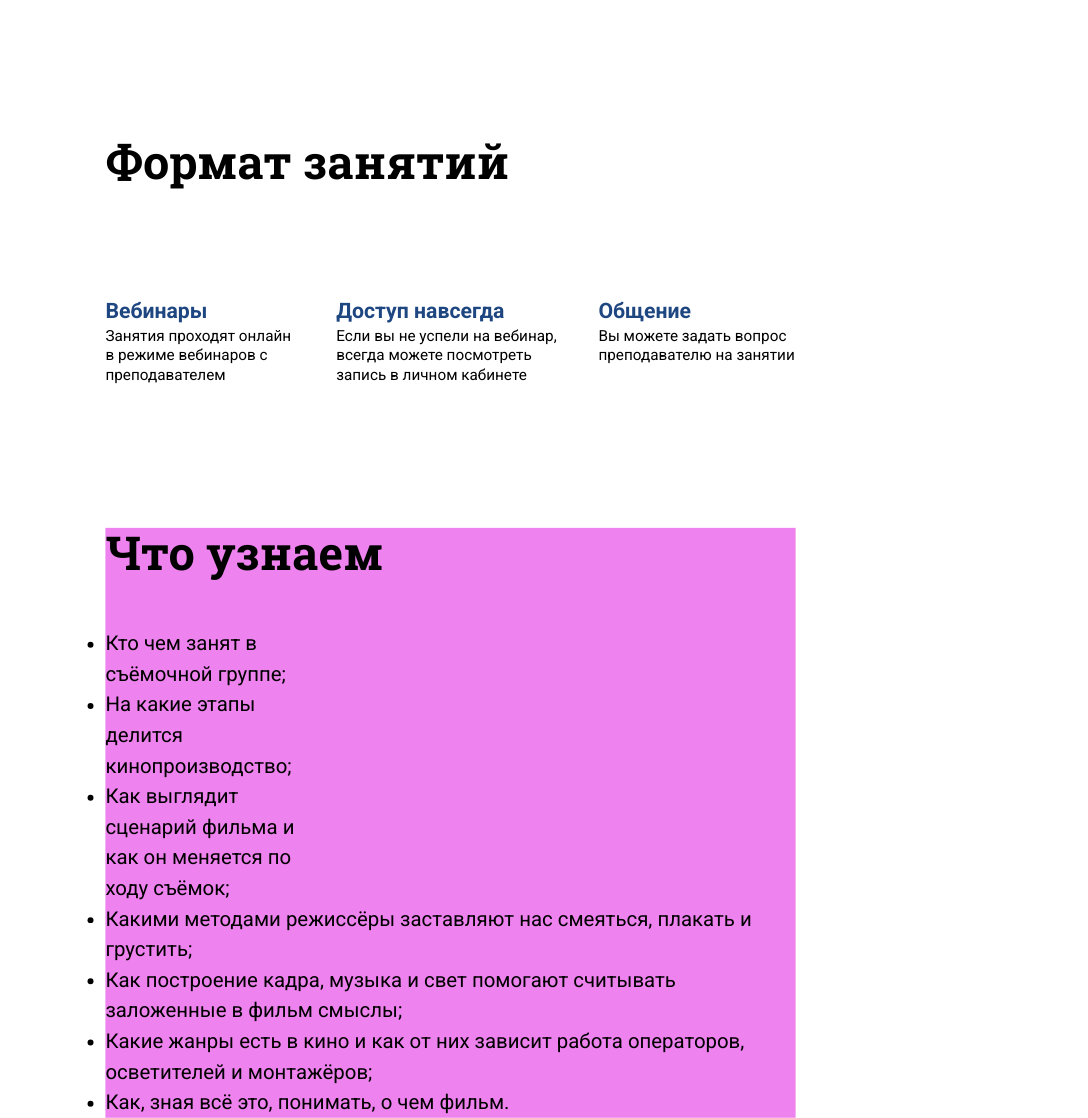
Repository: PoladEziz/Task2
Page: index.html
An editor plug-in stored every save of this project. The page is shown before and after a run of saves, followed by the edit.
The browser window is 1280 px wide. The pictures show the whole page, at 85% of full size.

Above is the page before, as saved 2023-05-04 17:43:17.

After the next 2 saves:
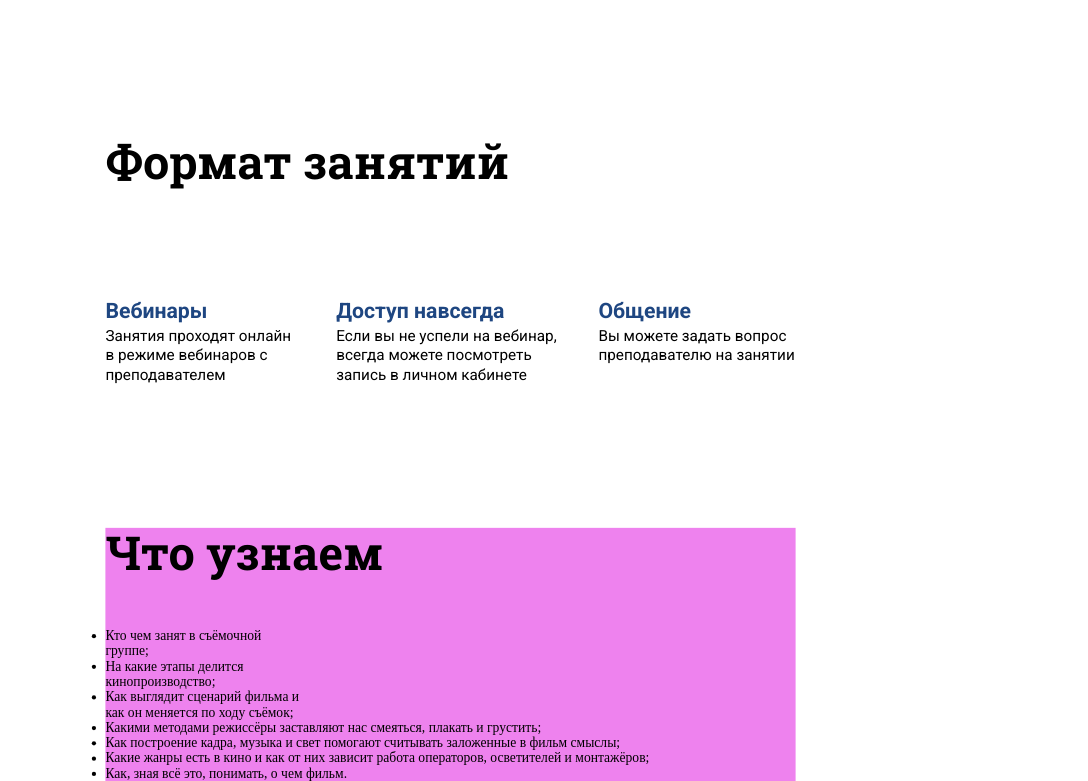
The 2 saves are shown as one change because they came seconds apart.
The last was saved 26 s later.
--- a/index.css
+++ b/index.css
@@ -83,6 +83,7 @@
   line-height: 56px;
   text-align: left;
 }
+.page
 
 .page-2 ul li {
   font-family: Roboto;

After the save that followed:
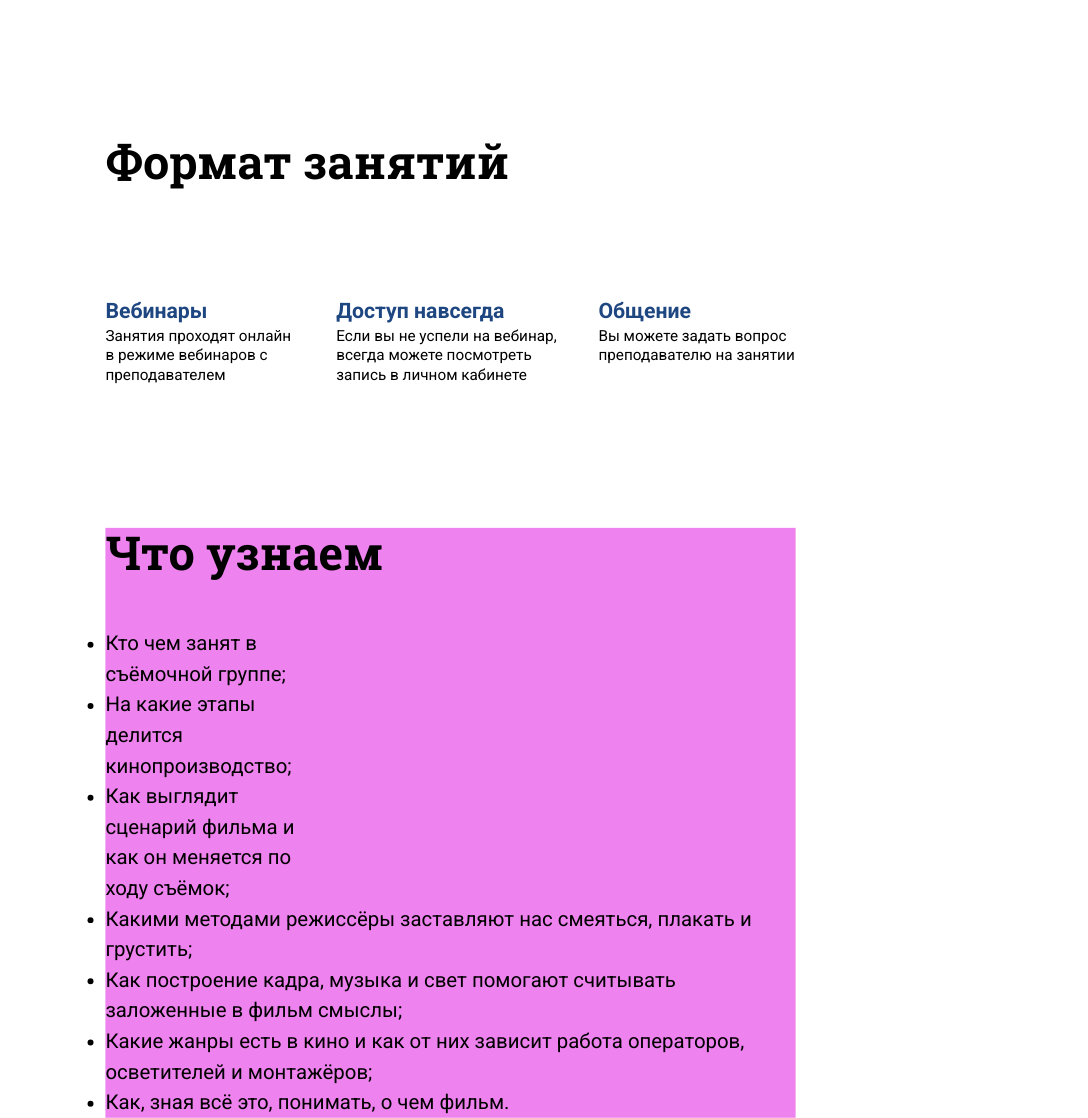
Saved 5 s later.
--- a/index.css
+++ b/index.css
@@ -83,7 +83,9 @@
   line-height: 56px;
   text-align: left;
 }
-.page
+.page-2 ul{
+    background-color: ;
+}
 
 .page-2 ul li {
   font-family: Roboto;
